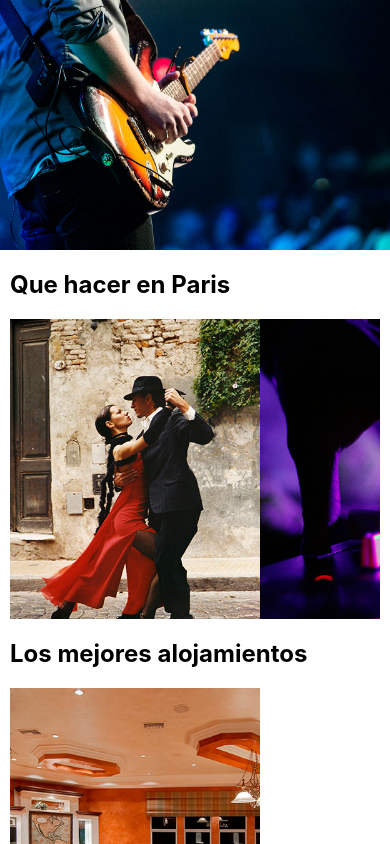
Repository: AleMicky/layout
Screen: /
These files come from the project's save history. The screen is drawn as it stood at one moment and after the next save; the edit follows.
An inner scrolling area shows only its first screen. The app was drawn by React Native's web renderer in a window 390 px wide. The project was rebuilt for these pictures with package versions that can differ from the ones it lists, and the page was loaded fresh each time.

Above is the screen before, as saved 2020-06-27 16:46:54.

After the next save:
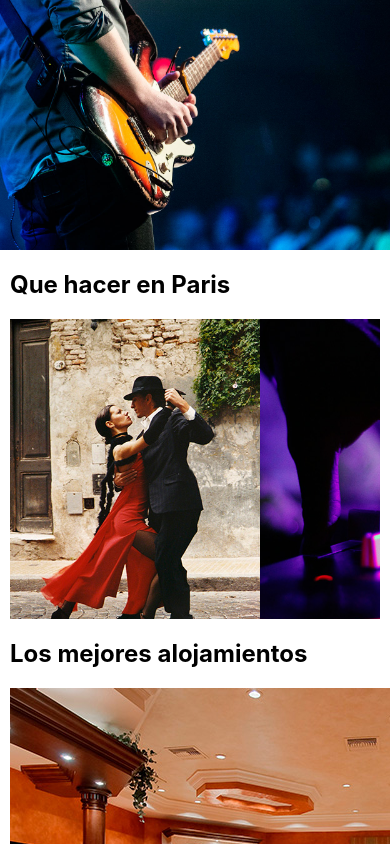
Saved 2 min 29 s later.
--- a/App.js
+++ b/App.js
@@ -39,15 +39,15 @@ const App = () => {
             <Text style={styles.titulo}>Los mejores alojamientos</Text>
             <View>
                     <View>
-                        <Image  style={styles.ciudad}
+                        <Image  style={styles.mejoresDestinos}
                                source={require('./assets/img/hospedaje1.jpg')} />
                     </View>
                     <View>
-                        <Image  style={styles.ciudad}
+                        <Image  style={styles.mejoresDestinos}
                                source={require('./assets/img/hospedaje2.jpg')} />
                     </View>
                     <View>
-                        <Image  style={styles.ciudad}
+                        <Image  style={styles.mejoresDestinos}
                                source={require('./assets/img/hospedaje3.jpg')} />
                     </View>
             </View>
@@ -73,6 +73,9 @@ const styles = StyleSheet.create({
   ciudad:{
     width:250,
     height:300
+  },
+  mejoresDestinos:{
+    flex:1
   }
 });
 
